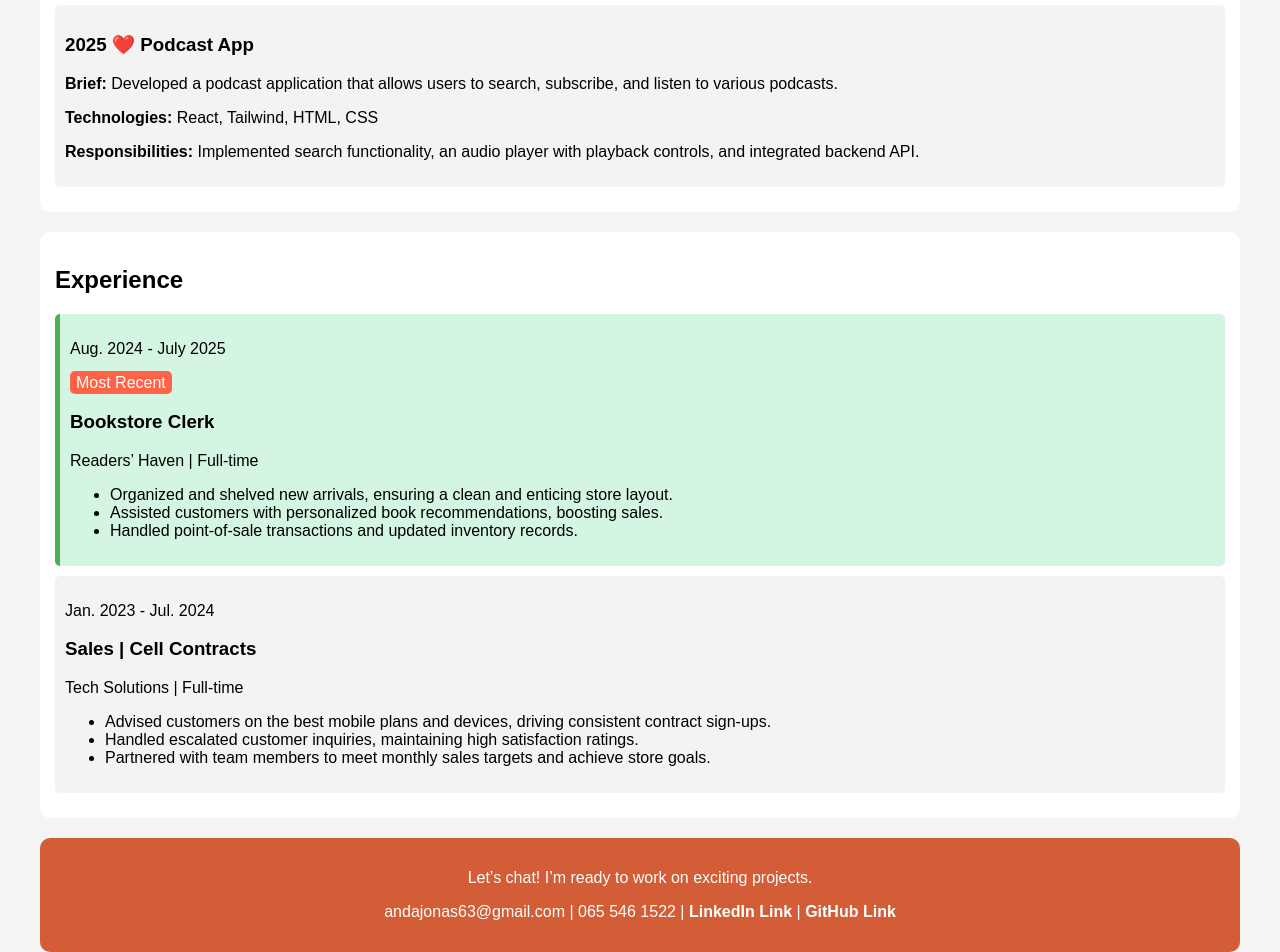
Repository: andajonas/ANDJON25111_fto2502_A2_AndaJonas_SDF_Portfolio_Piece
Page: index.html
These files come from the project's save history. The page is drawn as it stood at one moment and after the next save; the edit follows.
The browser window is 1280 px wide. The pictures show the part of the page from y = 839 to 1791 px (the page is 1791 px tall).
A picture or video elsewhere on the page could not be fetched, so the positions and the page height are approximate.

Above is the page before, as saved 2025-04-03 17:33:54.

After the next save:
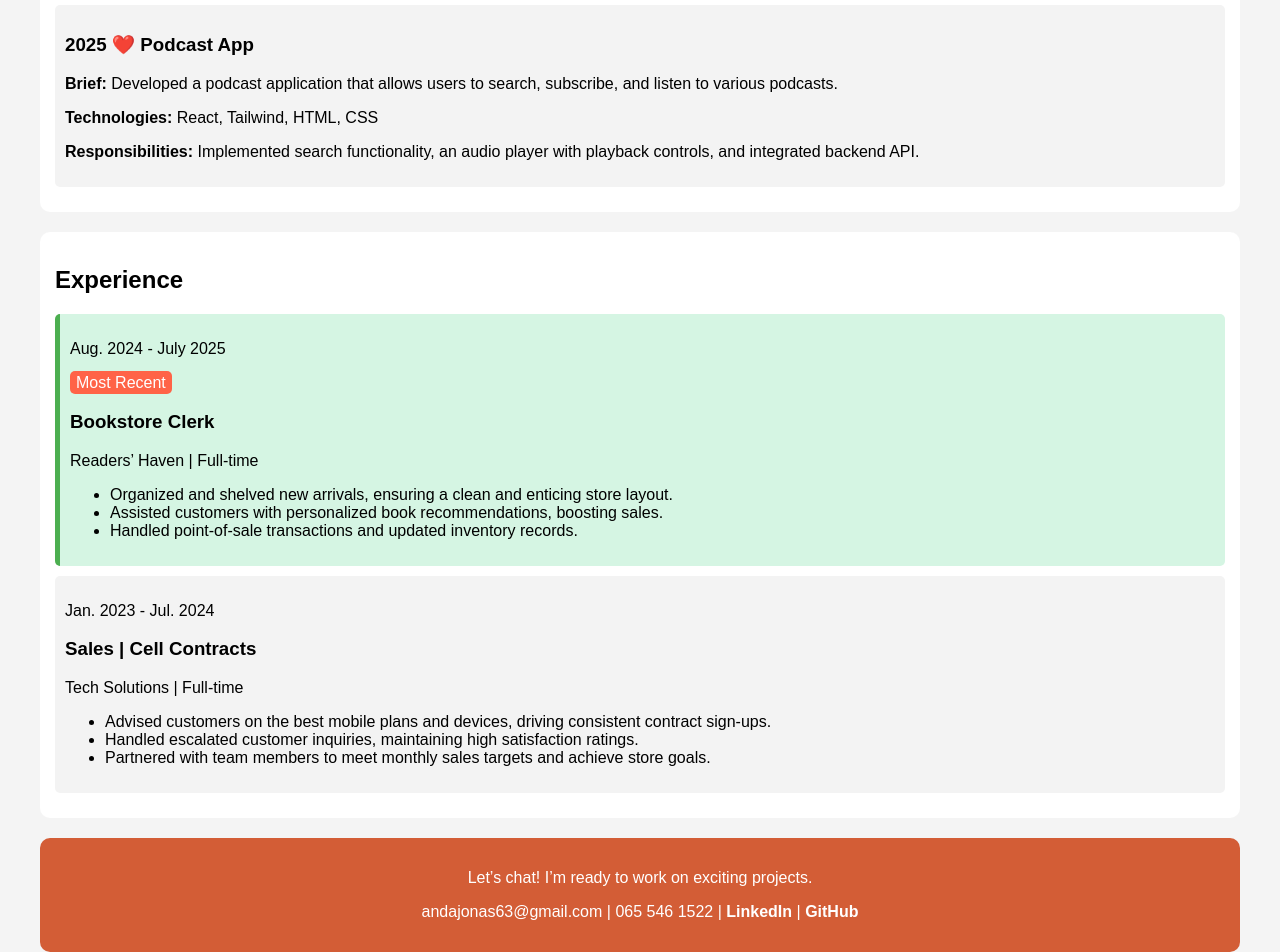
Saved 25 s later.
--- a/index.html
+++ b/index.html
@@ -98,8 +98,8 @@
         <p class="contact-links">
             <span>andajonas63@gmail.com</span> |
             <span>065 546 1522</span> |
-            <a href="#">LinkedIn Link</a> |
-            <a href="#">GitHub Link</a>
+            <a href="https://www.linkedin.com/in/anda-jonas/" target="_blank" rel="noopener noreferrer">LinkedIn</a> |
+            <a href="https://github.com/andajonas" target="_blank" rel="noopener noreferrer"> GitHub</a>
         </p>
     </section>
 </div>
